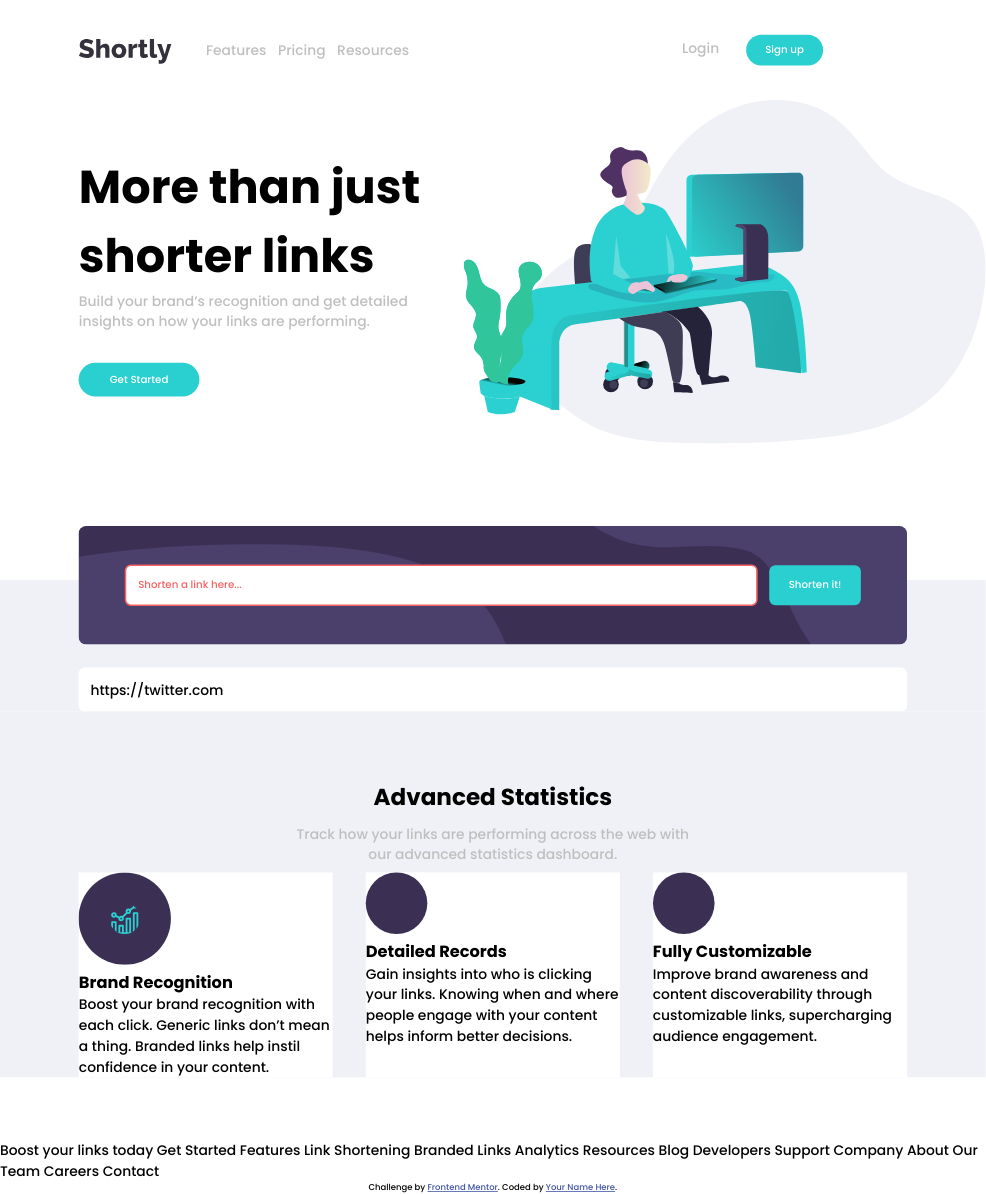
Repository: mamulini/URL-shortener
Page: index.html
These files come from the project's save history. The page is drawn as it stood at one moment and after the next save; the edit follows.
The browser window is 1280 px wide. The pictures show the whole page, at 77% of full size.
The style sheet was rebuilt from its Sass, Less or Tailwind sources for each picture, by a compiler version that may differ from the author's.

Above is the page before, as saved 2020-04-12 19:22:36.

After the next save:
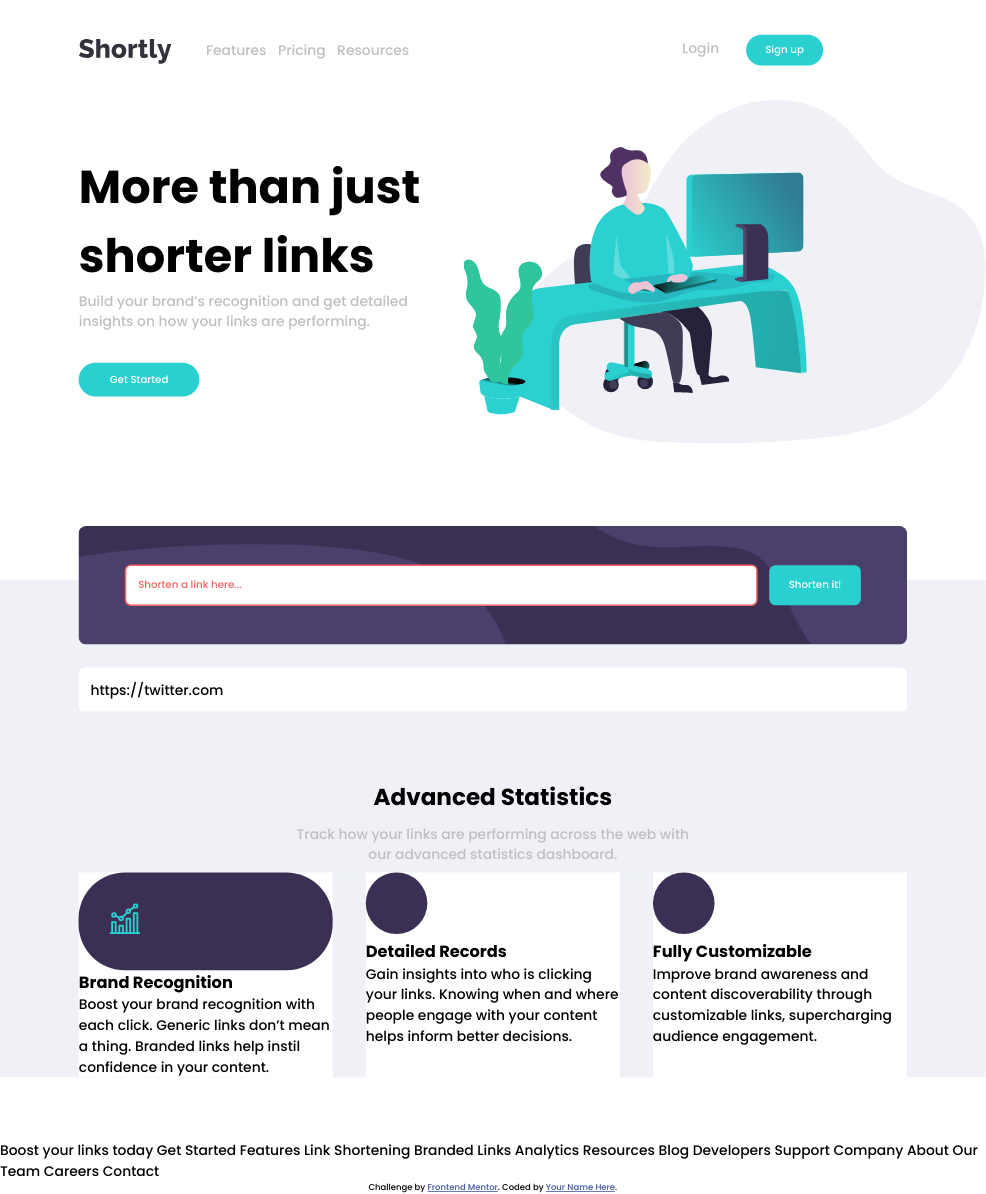
Saved 66 s later.
--- a/index.html
+++ b/index.html
@@ -59,7 +59,9 @@
         advanced statistics dashboard.</p>
       <div class="blocks_wrapper container">
         <div class="block block--1">
-          <img src="./images/icon-brand-recognition.svg" alt="" class="block__icon">
+          <div class="block__icon">
+            <img src="./images/icon-brand-recognition.svg" alt="icon" >
+          </div>
           <h3 class="block__title">Brand Recognition</h3>
           <p class="block__subtitle">Boost your brand recognition with each click. Generic links don’t
             mean a thing. Branded links help instil confidence in your content.</p>
